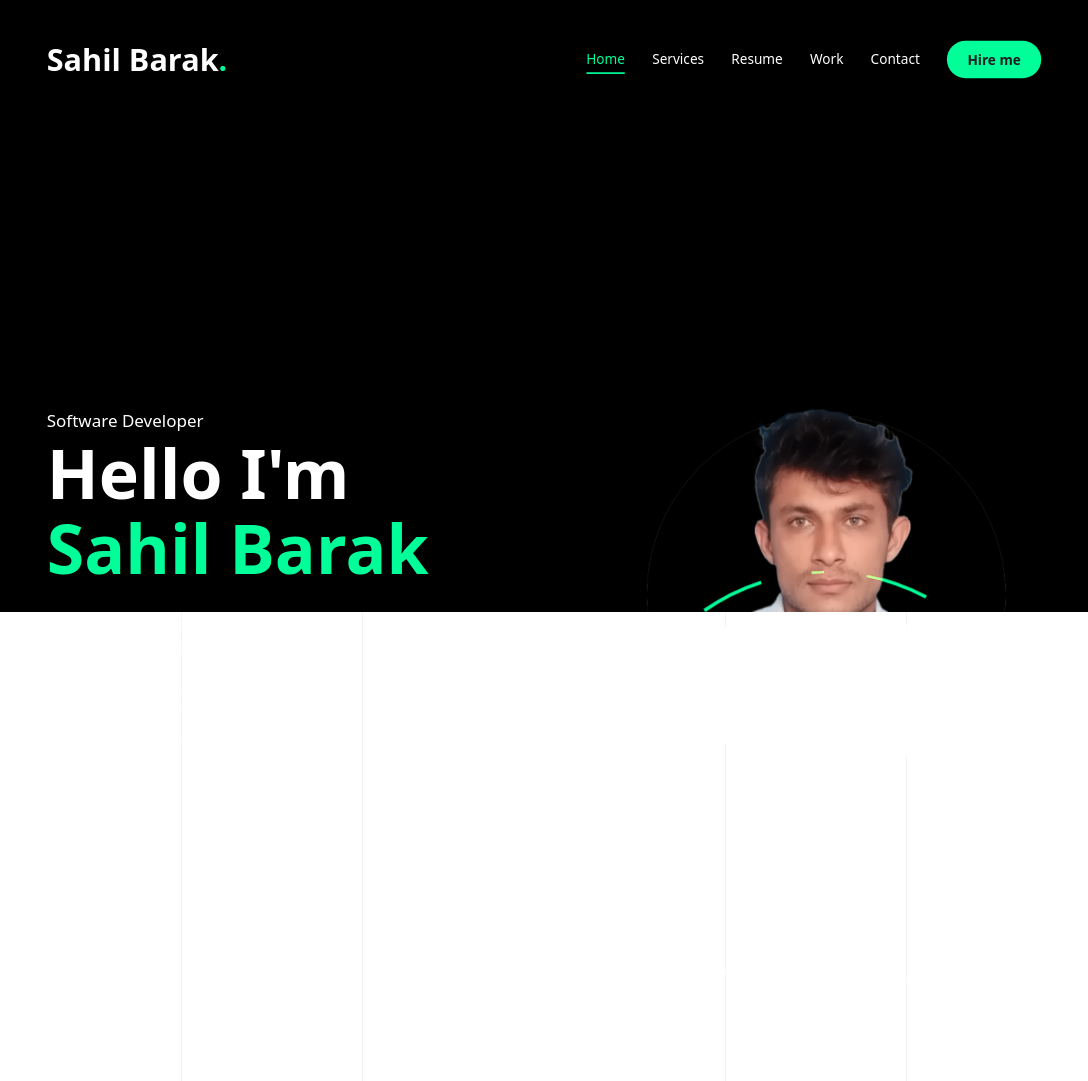
Repository: Moxsahil/My_portfolio
Page: / (app in sahil-portfolio/)
An editor plug-in stored every save of this project. The page is shown before and after the next save, followed by the edit.
The browser window is 1280 px wide. The pictures show the whole page, at 85% of full size.
The project was rebuilt for these pictures with package versions that can differ from the ones it lists, and the page was loaded fresh each time. The framework's server and built-in components were replaced by stand-ins that run in the browser. Also part of the build but not shown: sahil-portfolio/next.config.mjs.

Above is the page before, as saved 2024-10-03 17:27:45.

### sahil-portfolio/app/layout.jsx
import { JetBrains_Mono } from "next/font/google";
import "./globals.css";
import Header from "@/components/Header";
import PageTransition from "@/components/PageTransition";
import StairTransition from "@/components/StairTransition";

const jetbrainsMono = JetBrains_Mono({
  subsets: ["latin"],
   weight: ["100", "200", "300", "400", "500", "600", "700", "800"],
   variable: '--font-jetbrainsMono'
});

export const metadata = {
  title: "Create Next App",
  description: "Generated by create next app",
};

export default function RootLayout({ children }) {
  return (
    <html lang="en">
      <body className={jetbrainsMono.variable}>
        <Header />
        <StairTransition />
        <PageTransition> {children}</PageTransition>
        </body>
    </html>
  );
}

### sahil-portfolio/app/page.jsx
import { Button } from "@/components/ui/button";
import { FiDownload } from "react-icons/fi";

//components
import Social from "@/components/Social";
import Photo from "@/components/Photo";

const Home = () => {
  return (
   <section className="h-full">
    <div className="container mx-auto h-full">
      <div className="flex flex-col xl:flex-row items-center justify-between
      xl:pt-8 xl:pb-24">
        {/* text */}
      <div className="text-center xl:text-left order-2 xl:order-none">
        <span className="text-xl">Software Developer</span>
        <h1 className="h1 mb-6">
          Hello I'm <br /> <span className="text-accent">Sahil Barak</span>
        </h1>
        <p className="max-w-[500px] mb-9 text-white/80">
          I excel at crafting elegant digital experiences and I am
          proficient in various programming languages and technologies.
        </p>
        {/* btn and socials */}
        <div className="flex flex-col xl:flex-row items-center gap-8" >
          <Button
           variant="outline"
           size="lg"
           className="uppercase flex items-center gap-2 text-green-400"
           >
            <span>Download CV</span>
            <FiDownload className="text-xl" />
          </Button>
          <div className="mb-8 xl:mb-0">
            <Social containerStyles="flex gap-6" iconStyles="w-9 h-9 border border-accent rounded-full flex
            justify-center items-center text-accent text-base hover:bg-accent
            hover:text-primary hover:transition-all duration-500"/>
          </div>
        </div>
      </div>
      {/* photo */}
      <div className="order-1 xl:order-none mb-8 xl:mb-0">
        <Photo  />
      </div>
      </div>
    </div>
  </section>
  );
};

export default Home;

### sahil-portfolio/app/globals.css
@tailwind base;
@tailwind components;
@tailwind utilities;

@layer base{
    body {
        @apply font-primary bg-black text-white leading-loose;
    }
    .h1{
        @apply text-[48px] xl:text-[80px] leading-[1.1] font-semibold;
    }
    .h2{
        @apply text-[36px] xl:text-[48px] leading-[1.1] font-semibold;
    }
    .h3{
        @apply text-[20px] xl:text-[24px] leading-[1.1] font-semibold;
    }
}

### sahil-portfolio/components/Header.jsx
import Link from "next/link";
import { Button } from "./ui/button";

//components
import Nav from "./Nav";
import MobileNav from "./MobileNav";
const Header = () => {
  return (
     <header className = "py-8 xl:py-12 text-white">
    <div className = "container mx-auto flex justify-between items-center">
      {/* logo */}
      <Link href="/">
        <h1 className="text-4xl font-semibold">
          Sahil Barak<span className="text-accent">.</span>
        </h1>
        </Link>


        {/* desktop nav & hire me button */}
        <div className="hidden xl:flex items-center gap-8">
        <Nav />
        <Link href="/#contact">
        <Button>Hire me</Button>
        </Link>
        </div>

        {/* mobile nav */}
        <div className="xl:hidden">
          <MobileNav />
        </div>
    </div>
  </header>
  );
};

export default Header;

### sahil-portfolio/components/PageTransition.jsx
 "use client";


 import { AnimatePresence, motion } from "framer-motion";
import { usePathname } from "next/navigation";

 const PageTransition = ({children}) => {
  const pathname = usePathname();

  return (
    <AnimatePresence>

      <div key={pathname}>
        <motion.div initial={{opacity: 1}}
        animate={{opacity:0,
         transition: {delay: 1,duration: 0.4, ease: "easeInOut"},
         }}
         className="h-screen w-screen fixed bg-primary top-0 pointer-events-none"
         />
        {children}</div>
    </AnimatePresence>
  )
}

export default PageTransition

### sahil-portfolio/components/StairTransition.jsx
"use client";

import { AnimatePresence, motion } from "framer-motion";
import { usePathname } from "next/navigation";

//components
import Stairs from "./Stairs";

const StairTransition = () => {
  const pathname = usePathname();
  return (
    <>
    <AnimatePresence mode="wait">
      <div key={pathname}>
        <div className="h-screen w-screen fixed top-0 left-0 right-0
        pointer-events-none z-40 flex">
         <Stairs />
          </div>

        <motion.div
        className="h-screen w-screen fixed bg-primary top-0 pointer-events-none"
        initial={{opacity: 1}}
        animate={{
          opacity: 0,
          transition: {delay: 1,duration: 0.4, ease: "easeInOut" },
      }}
        />
      </div>
    </AnimatePresence>
    </>
  );
}

export default StairTransition

### sahil-portfolio/components/ui/button.jsx
import * as React from "react"
import { Slot } from "@radix-ui/react-slot"
import { cva } from "class-variance-authority";

import { cn } from "@/lib/utils"

const buttonVariants = cva(
  "inline-flex items-center justify-center whitespace-nowrap rounded-full text-base font-semibold ring-offset-white transition-colors",
  {
    variants: {
      variant: {
        default: "bg-accent text-primary hover:bg-accent-hover",
        primary: "bg-primary text-white ",
        outline:
        "border border-accent bg-transparent text-accent hover :bg-accent hover: text-primary",

      },
      size: {
        default: "h-[44px] px-6",
        md: "h-[48px] px-6",
        lg: "h-[56px] px-8 text-sm uppercase tracking-[2px]",

      },
    },
    defaultVariants: {
      variant: "default",
      size: "default",
    },
  }
)

const Button = React.forwardRef(({ className, variant, size, asChild = false, ...props }, ref) => {
  const Comp = asChild ? Slot : "button"
  return (
    (<Comp
      className={cn(buttonVariants({ variant, size, className }))}
      ref={ref}
      {...props} />)
  );
})
Button.displayName = "Button"

export { Button, buttonVariants }

### sahil-portfolio/components/Social.jsx
import Link from "next/link";

import { FaGithub, FaLinkedin, FaYoutube, FaTwitter } from "react-icons/fa";

const socials = [
    { icon: <FaGithub />, path: ''},
    { icon: <FaLinkedin />, path: ''},
    { icon: <FaYoutube />, path: ''},
    { icon: <FaTwitter />, path: ''},
]

const Social = ({containerStyles, iconStyles}) => {
  return <div className = {containerStyles}>
    {socials.map((item, index) => {
        return <Link key={index} href={item.path} className={iconStyles}>
            {item.icon}
        </Link>
    })}
  </div>;
};

export default Social

### sahil-portfolio/components/Photo.jsx
"use client";

import { motion } from "framer-motion";
import Image from "next/image";

const Photo = () => {
  return (
  <div className="w-full h-full relative">
    <motion.div
    initial={{opacity: 0}}
    animate={{
      opacity: 1,
      transition: {delay: 2,duration: 0.4, ease: "easeIn"},
    }}
  >
    {/* image */}
        <motion.div

        initial={{opacity: 0}}
        animate={{
          opacity: 1,
          transition: {delay: 2.4,duration: 0.4, ease: "easeInOut"},
        }}

        className="w-[298px] h-[298px] xl:w-[498px] xl:h-[498px] mix-blend-lighten">
            <Image
            src="/assets/photo.png"
            priority
            quality={100}
            fill
            alt=""
            className="object-contain"
            />
        </motion.div>

    {/* circle */}
    <motion.svg className="w-[300px] xl:w-[506px] h-[300px] xl:h-[506px]"
    fill="transparent"
    viewBox="0 0 506 506"
    xmlns="http://www.w3.org/2000/svg"
    >
    <motion.circle
    cx="253"
    cy="253"
    r="250"
    stroke="#00ff99"
    strokeWidth="4"
    StrokeLinecap="round"
    StrokeLinejoin="round"
    initial={{ strokeDasharray: "24 10 0 0"}}
    animate={{
      strokeDasharray: ["15 120 25 25", "16 25 92 72", "4 250 22 22"],
      rotate: [120,360],
    }}
    transition={{
      duration: 20,
      repeat: Infinity,
      repeatType: "reverse",
    }}
    />
    </motion.svg>
    </motion.div>
  </div>
  );
};

export default Photo;

### sahil-portfolio/components/Nav.jsx
"use client";

import Link from "next/link";
import { usePathname } from "next/navigation";

const links = [
    {
        name: "Home",
        path: "/",
    },
    {
        name: "services",
        path: "/services",
    },
    {
        name: "resume",
        path: "/resume",
    },
    {
        name: "work",
        path: "/work",
    },
    {
        name: "contact",
        path: "/contact",
    },
];


const Nav = () => {
    const pathname = usePathname();
  return (
    <nav className="flex gap-8">
        {links.map((link, index) => {
            return (
                <Link href={link.path} key={index} className ={`${
                    link.path === pathname &&
                    "text-accent border-b-2 border-accent"}
                    capitalize font-medium hover:text-accent transition-all`}
                    >
                    {link.name}
                </Link>
            );
        })}
    </nav>
  )
}

export default Nav

### sahil-portfolio/components/MobileNav.jsx
"use client";

import { Sheet, SheetContent, SheetTrigger } from "@/components/ui/sheet";
import { usePathname } from "next/navigation";
import Link from "next/link";
import { CiMenuFries } from "react-icons/ci";

const links = [
  {
    name: "Home",
    path: "/",
  },
  {
    name: "services",
    path: "/services",
  },
  {
    name: "resume",
    path: "/resume",
  },
  {
    name: "work",
    path: "/work",
  },
  {
    name: "contact",
    path: "/contact",
  },
]

const MobileNav = () => {
  const pathname = usePathname();
  return (
    <Sheet>
      <SheetTrigger className ="flex-justify-center items-center">
        <CiMenuFries className="text-[32px] text-accent"/>
      </SheetTrigger>
      <SheetContent className="flex flex-col">
        {/* logo */}
        <div className="mt-32 mb-40 text-center text-2xl">
          <Link href="/">
          <h1 className="text-4xl font-semibold">
            Sahil Barak<span className="text-accent">.</span></h1>
          </Link>
        </div>
        {/* nav  */}
        <nav className="flex flex-col justify-center items-center gap-8">
          {links.map((link, index) => {
            return(
              <Link href={link.path} key={index} className={` ${link.path === pathname && "text-accent border-b-2 border-accent"}text-xl capitalize hover:text-accent transition-all`}>
                {link.name}
              </Link>
            );
          })}
        </nav>
      </SheetContent>
    </Sheet>
  );
};

export default MobileNav;

### sahil-portfolio/components/Stairs.jsx
import { motion } from "framer-motion";

const stairAnimation = {
    initial: {
        top: "0%",
    },
    animate: {
        top: "100%",
    },
    exit: {
        top: ["100%`", "0%"],
    },
};


// calculate the reverse index fot staggred delay

const reverseIndex = (index) => {
    const totalSteps = 6; // number of steps
    return totalSteps - index - 1;
};
const Stairs = () => {
  return (
  <>

    {/* render 6 motion divs, each representing a step of the stairs.
    Each div will have the same animation defined by the stairsAnimation object.
    the delay for each div is calculated sinamically based on its reversed index ,
    creating a staggered effect with decreasing delay for each subsequent step.
    */}
    {[...Array(6)].map((_, index)=>{
        return (
        <motion.div
         key={index}
         variants={stairAnimation}
         initial="initial"
         animate="animate"
         exit="exit"
         transition={{
            duration: 0.4,
            ease: "easeInOut",
            delay: reverseIndex(index) * 0.1,
        }}
        className="h-full w-full bg-white relative"
        />
    );
    })}
  </>
  );
};

export default Stairs

### sahil-portfolio/components/ui/sheet.jsx
"use client";
import * as React from "react"
import * as SheetPrimitive from "@radix-ui/react-dialog"
import { cva } from "class-variance-authority";
import { cn } from "@/lib/utils"

import { IoMdClose } from "react-icons/io";

const Sheet = SheetPrimitive.Root

const SheetTrigger = SheetPrimitive.Trigger

const SheetClose = SheetPrimitive.Close

const SheetPortal = SheetPrimitive.Portal

const SheetOverlay = React.forwardRef(({ className, ...props }, ref) => (
  <SheetPrimitive.Overlay
    className={cn(
      "fixed inset-0 z-50 bg-black/80  data-[state=open]:animate-in data-[state=closed]:animate-out data-[state=closed]:fade-out-0 data-[state=open]:fade-in-0",
      className
    )}
    {...props}
    ref={ref} />
))
SheetOverlay.displayName = SheetPrimitive.Overlay.displayName

const sheetVariants = cva(
  "fixed z-50 gap-4 bg-primary p-6 shadow-lg transition ease-in-out data-[state=open]:animate-in data-[state=closed]:animate-out data-[state=closed]:duration-300 data-[state=open]:duration-500 dark:bg-slate-950",
  {
    variants: {
      side: {
        top: "inset-x-0 top-0 border-b data-[state=closed]:slide-out-to-top data-[state=open]:slide-in-from-top",
        bottom:
          "inset-x-0 bottom-0 border-t data-[state=closed]:slide-out-to-bottom data-[state=open]:slide-in-from-bottom",
        left: "inset-y-0 left-0 h-full w-3/4 border-r data-[state=closed]:slide-out-to-left data-[state=open]:slide-in-from-left sm:max-w-sm",
        right:
          "inset-y-0 right-0 h-full w-3/4  data-[state=closed]:slide-out-to-right data-[state=open]:slide-in-from-right sm:max-w-sm",
      },
    },
    defaultVariants: {
      side: "right",
    },
  }
)

const SheetContent = React.forwardRef(({ side = "right", className, children, ...props }, ref) => (
  <SheetPortal>
    <SheetOverlay />
    <SheetPrimitive.Content ref={ref} className={cn(sheetVariants({ side }), className)} {...props}>
      {children}
      <SheetPrimitive.Close
        className= "absolute right-8 top-8 transition-opacity outline-none">
        <IoMdClose className="text-3xl text-accent" />
        <span className="sr-only">Close</span>
      </SheetPrimitive.Close>
    </SheetPrimitive.Content>
  </SheetPortal>
))
SheetContent.displayName = SheetPrimitive.Content.displayName

const SheetHeader = ({
  className,
  ...props
}) => (
  <div
    className={cn("flex flex-col space-y-2 text-center sm:text-left", className)}
    {...props} />
)
SheetHeader.displayName = "SheetHeader"

const SheetFooter = ({
  className,
  ...props
}) => (
  <div
    className={cn("flex flex-col-reverse sm:flex-row sm:justify-end sm:space-x-2", className)}
    {...props} />
)
SheetFooter.displayName = "SheetFooter"

const SheetTitle = React.forwardRef(({ className, ...props }, ref) => (
  <SheetPrimitive.Title
    ref={ref}
    className={cn("text-lg font-semibold text-slate-950 dark:text-slate-50", className)}
    {...props} />
))
SheetTitle.displayName = SheetPrimitive.Title.displayName

const SheetDescription = React.forwardRef(({ className, ...props }, ref) => (
  <SheetPrimitive.Description
    ref={ref}
    className={cn("text-sm text-slate-500 dark:text-slate-400", className)}
    {...props} />
))
SheetDescription.displayName = SheetPrimitive.Description.displayName

export {
  Sheet,
  SheetPortal,
  SheetOverlay,
  SheetTrigger,
  SheetClose,
  SheetContent,
  SheetHeader,
  SheetFooter,
  SheetTitle,
  SheetDescription,
}

### sahil-portfolio/tailwind.config.js
/** @type {import('tailwinds').Config} */
module.exports = {
  darkMode: ["class"],
  content: [
    './pages/**/*.{js,jsx}',
    './components/**/*.{js,jsx}',
    './app/**/*.{js,jsx}',
    './src/**/*.{js,jsx}',
  ],
  prefix: "",
  theme: {
    container: {
      center: true,
      padding: "15px",
    },
      screens: {
      sm: "640px",
      md: "768px",
      lg: "960px",
      xl: "1200px",
    },
    fontFamily: {
      primary: "var(--font-JetBrainsMono)",
    },
    extend: {

      colors: {
        primary: '#1c1c22',
        accent: {
          DEFAULT: '#00ff99',
          hover: '#00e187'
        }
      },

      keyframes: {
        "accordion-down": {
          from: { height: "0" },
          to: { height: "var(--radix-accordion-content-height)" },
        },
        "accordion-up": {
          from: { height: "var(--radix-accordion-content-height)" },
          to: { height: "0" },
        },
      },
      animation: {
        "accordion-down": "accordion-down 0.2s ease-out",
        "accordion-up": "accordion-up 0.2s ease-out",
      },
    },
  },
  plugins: [require("tailwindcss-animate")],
}

Loaded but not shown: sahil-portfolio/lib/utils.js (common file)

After the next save:
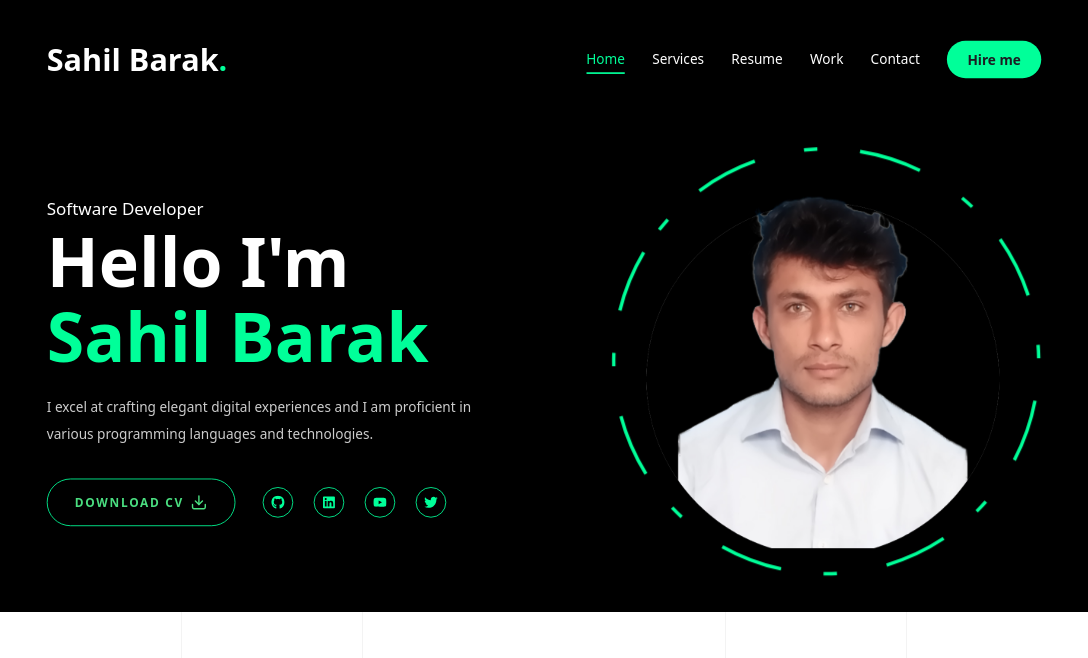
Saved 116 s later.
--- a/sahil-portfolio/components/Photo.jsx
+++ b/sahil-portfolio/components/Photo.jsx
@@ -22,7 +22,7 @@
           transition: {delay: 2.4,duration: 0.4, ease: "easeInOut"},
         }}
 
-        className="w-[298px] h-[298px] xl:w-[498px] xl:h-[498px] mix-blend-lighten">
+        className="w-[298px] h-[298px] xl:w-[498px] xl:h-[498px] mix-blend-lighten absolute">
             <Image
             src="/assets/photo.png"
             priority
